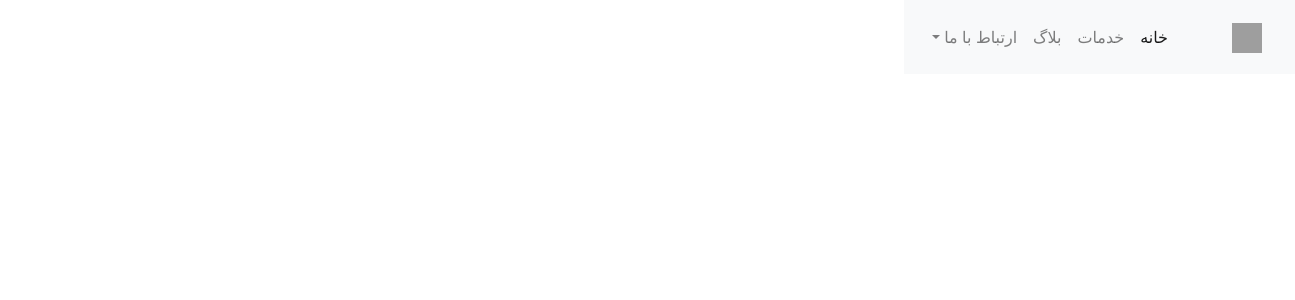
Repository: FENiki/colorlib-accounting
Page: index.html
These files come from the project's save history. The page is drawn as it stood at one moment and after the next save; the edit follows.
The browser window is 1280 px wide. The page is 1295 px wide, so the pictures cover 1295 px, including what lies to the right of the window. The pictures show the whole page.
Pictures or frames that could not be fetched are drawn as grey boxes.

Above is the page before, as saved 2021-07-06 07:25:11.

### index.html
<!DOCTYPE html>
<html lang="en">
  <head>
    <meta charset="utf-8" />
    <meta
      name="viewport"
      content="width=device-width, initial-scale=1, shrink-to-fit=no"
    />
    <title>Pardakhtino</title>

    <link rel="stylesheet" href="/assets/css/bootstrap.min.css" />
    <link rel="stylesheet" href="/assets/css/style.css" />
    <link
      rel="stylesheet"
      href="https://cdnjs.cloudflare.com/ajax/libs/font-awesome/4.7.0/css/font-awesome.min.css"
    />
  </head>
  <body>
<header>
    <div class="row">
<div class="header-row">
  <nav class="navbar navbar-expand-lg navbar-light bg-light">
    <nav class="navbar navbar-light bg-light">
      <a class="navbar-brand" href="#">
        <img src="/assets/images/logo-menu-white.png" width="30" height="30" alt="">
      </a>
    </nav>
    <button class="navbar-toggler" type="button" data-toggle="collapse" data-target="#navbarNavDropdown" aria-controls="navbarNavDropdown" aria-expanded="false" aria-label="Toggle navigation">
      <span class="navbar-toggler-icon"></span>
    </button>
    <div class="collapse navbar-collapse" id="navbarNavDropdown">
      <ul class="navbar-nav">
        <li class="nav-item active">
          <a class="nav-link" href="#" >خانه <span class="sr-only">(current)</span></a>
        </li>
        <li class="nav-item">
          <a class="nav-link" href="#">خدمات</a>
        </li>
        <li class="nav-item">
          <a class="nav-link" href="#">بلاگ</a>
        </li>
        <li class="nav-item dropdown">
          <a class="nav-link dropdown-toggle" href="#" id="navbarDropdownMenuLink" data-toggle="dropdown" aria-haspopup="true" aria-expanded="false">
            ارتباط با ما
          </a>
          <div class="dropdown-menu" aria-labelledby="navbarDropdownMenuLink">
            <a class="dropdown-item" href="#">Action</a>
            <a class="dropdown-item" href="#">Another action</a>
            <a class="dropdown-item" href="#">Something else here</a>
          </div>
        </li>
      </ul>
    </div>
  </nav>
</div>
    </div>
</header>




    <script src="/assets/js/jquery-3.5.1.slim.min.js"></script>
    <script src="/assets/js/popper.min.js"></script>
    <script src="/assets/js/bootstrap.min.js"></script>
  </body>
</html>

### assets/css/style.css
body{
    margin-top: 0;
    padding: 0;
direction: rtl;
}
.header-row{
  height: 45px;

}







@media screen and  (min-width: 300px) and (max-width:576px) {
}

@media screen and (min-width:576px) and (max-width: 768px){

  }
@media screen and (min-width:768px) and (max-width: 922px){

  }
@media screen and  (min-width:992px) and (max-width: 1200px){

  }

Loaded but not shown: assets/css/bootstrap.min.css (library); assets/js/jquery-3.5.1.slim.min.js (library); assets/js/popper.min.js (library); assets/js/bootstrap.min.js (library)

After the next save:
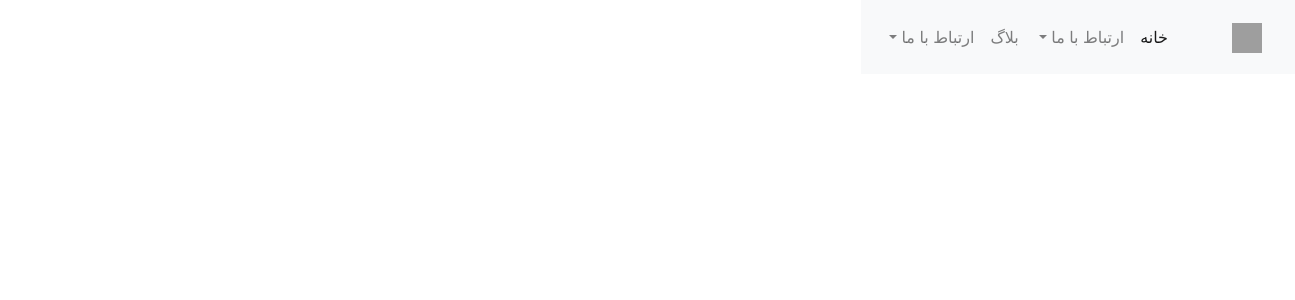
Saved 2 min 38 s later.
--- a/index.html
+++ b/index.html
@@ -34,7 +34,14 @@
           <a class="nav-link" href="#" >خانه <span class="sr-only">(current)</span></a>
         </li>
         <li class="nav-item">
-          <a class="nav-link" href="#">خدمات</a>
+          <a class="nav-link dropdown-toggle" href="#" id="navbarDropdownMenuLink" data-toggle="dropdown" aria-haspopup="true" aria-expanded="false">
+            ارتباط با ما
+          </a>
+          <div class="dropdown-menu" aria-labelledby="navbarDropdownMenuLink">
+            <a class="dropdown-item" href="#">Action</a>
+            <a class="dropdown-item" href="#">Another action</a>
+            <a class="dropdown-item" href="#">Something else here</a>
+          </div>
         </li>
         <li class="nav-item">
           <a class="nav-link" href="#">بلاگ</a>
